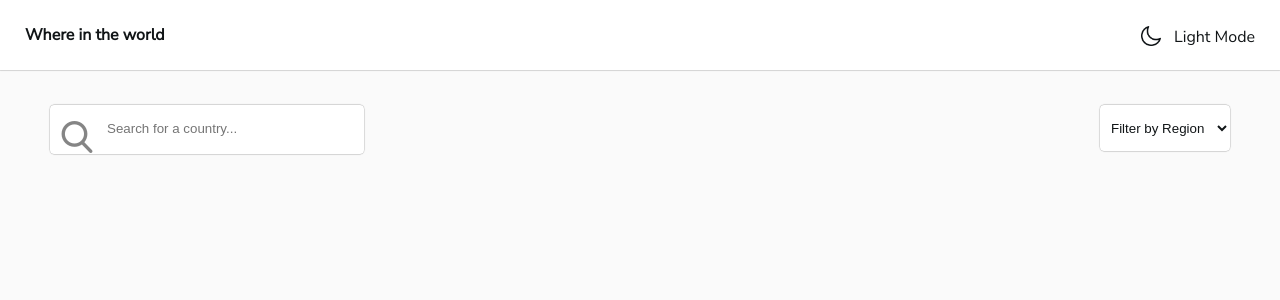
Repository: faithandjs/rest-countries-api
Page: /
An editor plug-in stored every save of this project. The page is shown before and after the next save, followed by the edit.
The browser window is 1280 px wide. The pictures show the whole page.
The page's requests for data from a server got no answer. The project was rebuilt for these pictures with package versions that can differ from the ones it lists, and the page was loaded fresh each time. No one was signed in, and anything a server would have sent is missing. Also part of the build but not shown: src/components/details.tsx.

Above is the page before, as saved 2022-04-26 21:51:06.

After the next save:
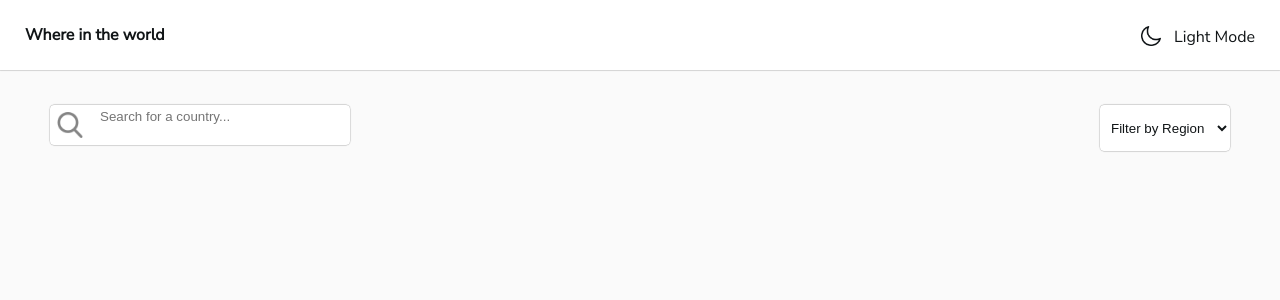
Saved 2 min 27 s later.
--- a/src/components/style/style.scss
+++ b/src/components/style/style.scss
@@ -178,9 +178,9 @@ select:hover,
       outline: 0;
     }
     .input-img {
-      height: 25px;
+      height: 40px;
       width: 300px;
-      padding: 12px 7px;
+     // padding: 12px 7px;
       display: flex;
       border-radius: 4px;/*
       img {
@@ -189,7 +189,8 @@ select:hover,
         padding: 0 10px;
       }*/
       .img-box{
-          padding: 4px;
+          padding: 7px;
+          display: flex;
       }
       input {
         padding-left: 10px;
